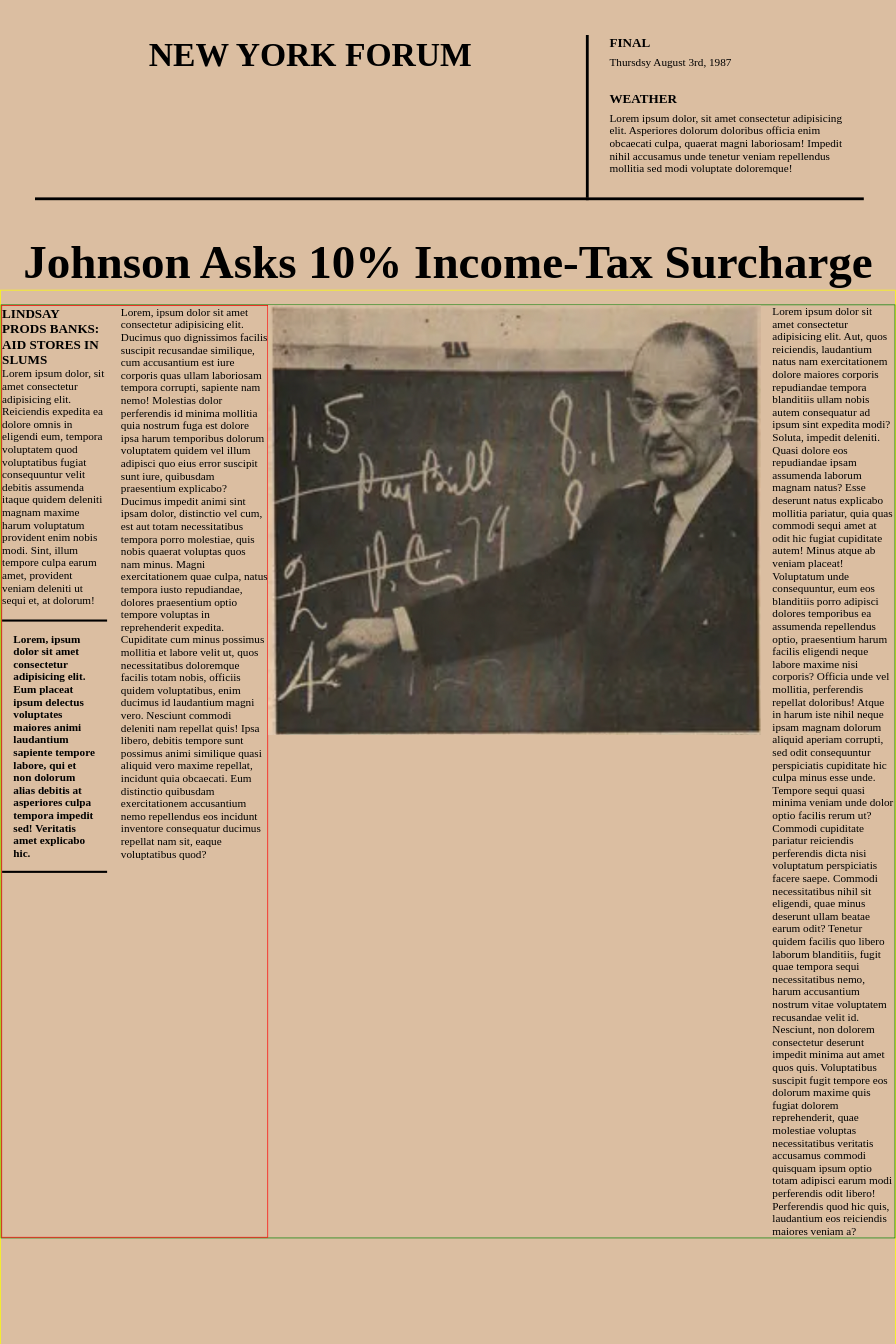
Repository: Arkitecth/newspaper-grid
Page: index.html
An editor plug-in stored every save of this project. The page is shown before and after the next save, followed by the edit.
The browser window is 1280 px wide. The pictures show the part of the page from y = 0 to 1920 px (the page is 4438 px tall before and 4024 px after), at 70% of full size.

Above is the page before, as saved 2023-05-29 18:46:52.

### index.html
<!DOCTYPE html>
<html lang="en">
<head>
    <meta charset="UTF-8">
    <meta http-equiv="X-UA-Compatible" content="IE=edge">
    <meta name="viewport" content="width=device-width, initial-scale=1.0">
    <link rel="stylesheet" href="styles.css">
    <title>News Paper</title>
</head>
<body>
    <header id="header">
        <div>
            <h1>New York Forum</h1>
        </div>
        <div class="aside">
            <h3>Final</h3>
            <p>Thursdsy August 3rd, 1987</p>

            <h3>Weather</h3>
            <p>Lorem ipsum dolor, sit amet consectetur adipisicing elit. Asperiores dolorum doloribus officia enim obcaecati culpa, quaerat magni laboriosam! Impedit nihil accusamus unde tenetur veniam repellendus mollitia sed modi voluptate doloremque!</p>
        </div>
        <div class="divider"></div>
        <div class="divider"></div>
    </header>
    <main>
        <h2>Johnson Asks 10% Income-Tax Surcharge</h2>
        <div class="main-grid">
            <div class="first-row">
                <div class="sub-grid">
                    <div class="left">
                        <h3>Lindsay Prods Banks: Aid Stores in Slums</h3>
                        <p>Lorem ipsum dolor, sit amet consectetur adipisicing elit. Reiciendis expedita ea dolore omnis in eligendi eum, tempora voluptatem quod voluptatibus fugiat consequuntur velit debitis assumenda itaque quidem deleniti magnam maxime harum voluptatum provident enim nobis modi. Sint, illum tempore culpa earum amet, provident veniam deleniti ut sequi et, at dolorum!</p>
                        <br>
                        <p class="highlight">Lorem, ipsum dolor sit amet consectetur adipisicing elit. Eum placeat ipsum delectus voluptates maiores animi laudantium sapiente tempore labore, qui et non dolorum alias debitis at asperiores culpa tempora impedit sed! Veritatis amet explicabo hic.</p>
                    </div>
                    <div class="right">
                        <p>Lorem, ipsum dolor sit amet consectetur adipisicing elit. Ducimus quo dignissimos facilis suscipit recusandae similique, cum accusantium est iure corporis quas ullam laboriosam tempora corrupti, sapiente nam nemo! Molestias dolor perferendis id minima mollitia quia nostrum fuga est dolore ipsa harum temporibus dolorum voluptatem quidem vel illum adipisci quo eius error suscipit sunt iure, quibusdam praesentium explicabo? Ducimus impedit animi sint ipsam dolor, distinctio vel cum, est aut totam necessitatibus tempora porro molestiae, quis nobis quaerat voluptas quos nam minus. Magni exercitationem quae culpa, natus tempora iusto repudiandae, dolores praesentium optio tempore voluptas in reprehenderit expedita. Cupiditate cum minus possimus mollitia et labore velit ut, quos necessitatibus doloremque facilis totam nobis, officiis quidem voluptatibus, enim ducimus id laudantium magni vero. Nesciunt commodi deleniti nam repellat quis! Ipsa libero, debitis tempore sunt possimus animi similique quasi aliquid vero maxime repellat, incidunt quia obcaecati. Eum distinctio quibusdam exercitationem accusantium nemo repellendus eos incidunt inventore consequatur ducimus repellat nam sit, eaque voluptatibus quod?</p>
                    </div>
                </div>

                <div class="middle-content">
                    <img src="assets/teacher.png" alt="teacher teaching stuff">
                </div>

                <div class="right-content">
                   <p>Lorem ipsum dolor sit amet consectetur adipisicing elit.
                    Aut, quos reiciendis, laudantium natus nam exercitationem
                     dolore maiores corporis repudiandae tempora blanditiis
                     ullam nobis autem consequatur ad ipsum sint expedita modi?
                     Soluta, impedit deleniti. Quasi dolore eos repudiandae
                     ipsam assumenda laborum magnam natus? Esse deserunt natus
                     explicabo mollitia pariatur, quia quas commodi sequi amet
                     at odit hic fugiat cupiditate autem! Minus atque ab veniam
                      placeat! Voluptatum unde consequuntur, eum eos blanditiis
                      porro adipisci dolores temporibus ea assumenda repellendus
                      optio, praesentium harum facilis eligendi neque labore
                      maxime nisi corporis? Officia unde vel mollitia, perferendis repellat doloribus! Atque in harum iste nihil neque ipsam magnam dolorum aliquid aperiam corrupti, sed odit consequuntur perspiciatis cupiditate hic culpa minus esse unde. Tempore sequi quasi minima veniam unde dolor optio facilis rerum ut? Commodi cupiditate pariatur reiciendis perferendis dicta nisi voluptatum
                      perspiciatis facere saepe. Commodi necessitatibus nihil sit eligendi, quae minus deserunt ullam beatae earum odit? Tenetur quidem facilis quo libero laborum blanditiis, fugit quae tempora sequi necessitatibus nemo, harum accusantium nostrum vitae voluptatem recusandae velit id. Nesciunt, non dolorem consectetur deserunt impedit minima aut amet quos quis. Voluptatibus suscipit fugit tempore eos dolorum maxime quis fugiat dolorem reprehenderit, quae molestiae voluptas necessitatibus veritatis accusamus commodi quisquam ipsum optio totam adipisci earum modi perferendis odit libero! Perferendis quod hic quis, laudantium eos reiciendis maiores veniam a?</p>
                </div>
            </div>


            <!-- <div class="second-row">
                <img src="assets/teacher.png" alt="teacher teaching stuff">
            </div>

            <div class="third-row">
            </div> -->




        </div>
    </main>

</body>
</html>

### styles.css
* {
    padding: 0;
    margin: 0;
}

body {
    background-color: #dbbea1;
    max-width: 1500px;
}

h1,h3 {
    text-transform: uppercase;
}
#header {
    padding: 3.125rem;
    display: grid;
    grid-template-columns: 2fr 1fr;
}


#header h1 {
    text-align: center;
    font-size: 3rem;
}

h2 {
    text-align: center;
    width: 100%;
    font-size: 4.2rem;
}

.aside {
    border-left: 4px solid black;
    padding-left: 30px;
}

.aside p {
    padding-top: 0.5rem;
    margin-bottom: 2rem;
}

.divider {
    border: 2px solid black;
    width: 100%;
}

.main-grid{
    display: grid;
    grid-template-rows: 1fr 1fr 1fr;
    padding-top: 20px;
    border: 1px solid yellow

}
.first-row {
    display: grid;
    grid-template-columns: 2fr 2fr 1fr;
    border: 1px solid green;
}


.sub-grid {
    display: grid;
    grid-template-columns: 1fr 1fr;
    border: 1px solid red;
    gap: 20px;
}

.left-content h3 {
    font-size: 3rem;
    font-style: italic;
    border-top: 3px solid black;
    padding-bottom: 1rem;
    padding-top: 1rem;
    text-transform: capitalize;
}

.right {
    grid-column: 2 / span 4;
}


.right h3 {
    border: none;
    text-align: left;
    font-size: 2rem;

}



.left-content {
    padding-left: 1rem;
}

.right-content {
    padding-left: 1rem;
}

.highlight {
    font-weight: bold;
    border-top: 3px solid black;
    padding: 1rem;
    border-bottom: 3px solid black;
}

After the next save:
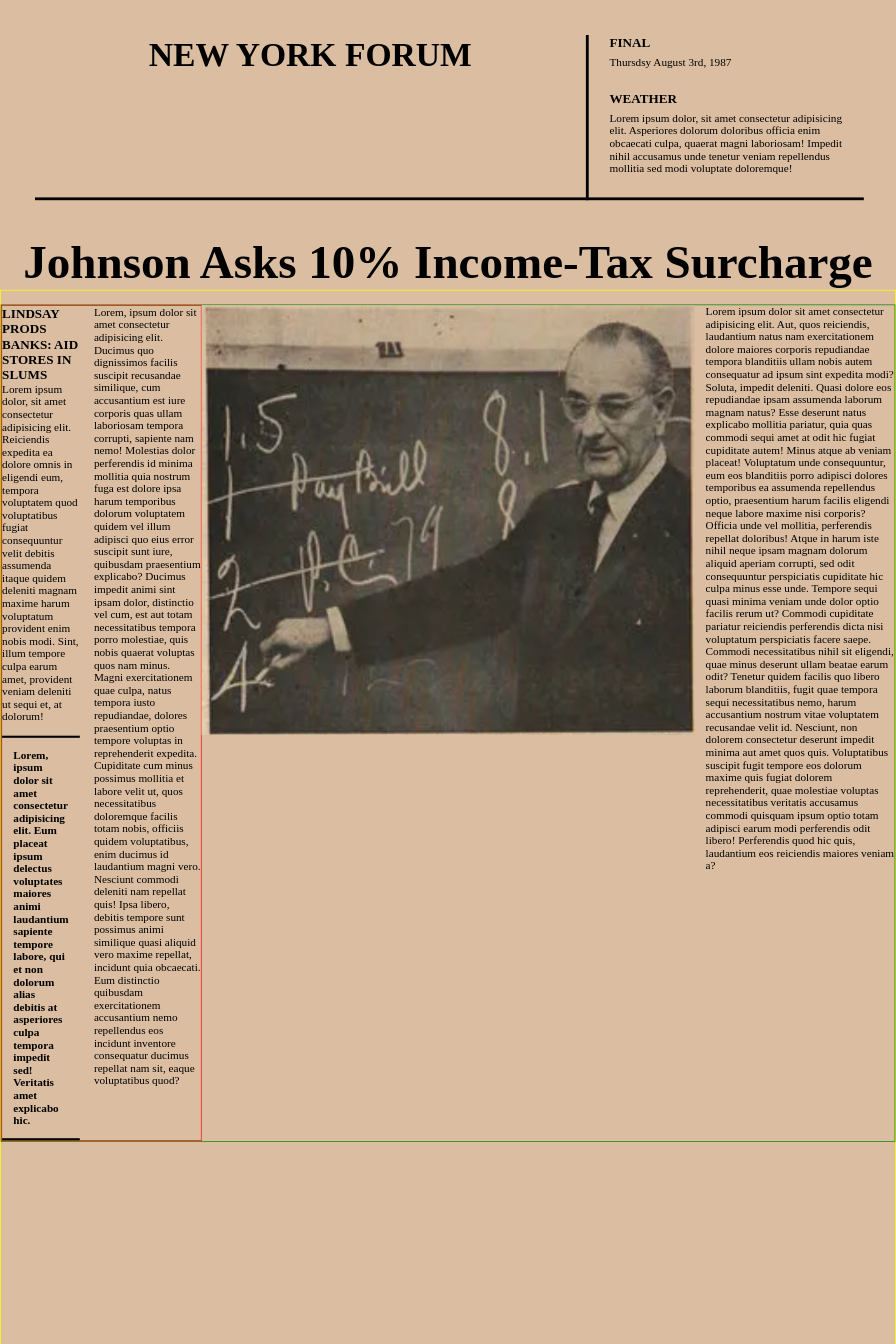
Saved 73 s later.
--- a/styles.css
+++ b/styles.css
@@ -53,7 +53,7 @@
 }
 .first-row {
     display: grid;
-    grid-template-columns: 2fr 2fr 1fr;
+    grid-template-columns: 2fr 2fr 2fr;
     border: 1px solid green;
 }
 

After the save that followed:
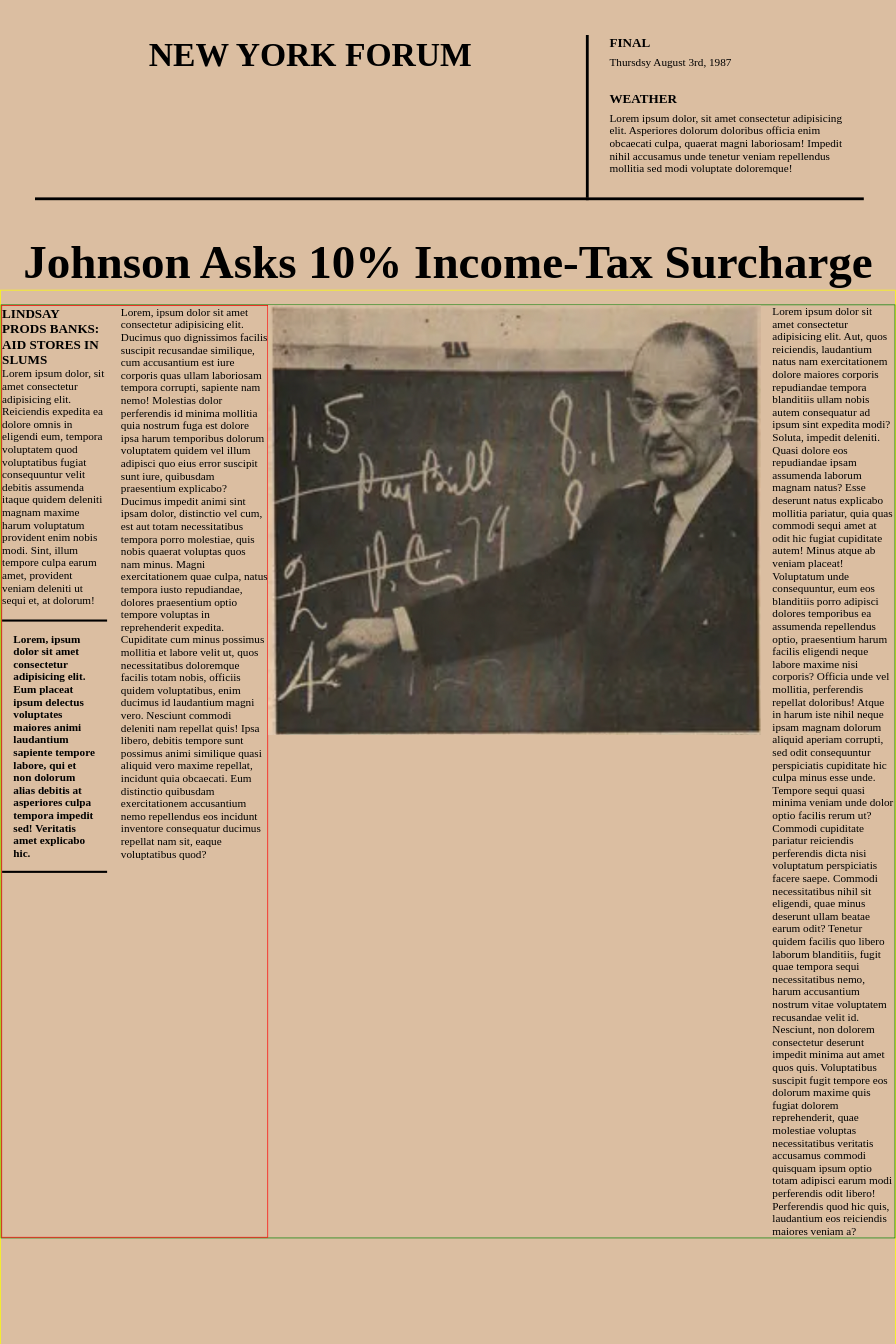
Saved 7 s later.
--- a/styles.css
+++ b/styles.css
@@ -53,7 +53,7 @@
 }
 .first-row {
     display: grid;
-    grid-template-columns: 2fr 2fr 2fr;
+    grid-template-columns: 2fr 2fr 1fr;
     border: 1px solid green;
 }
 
